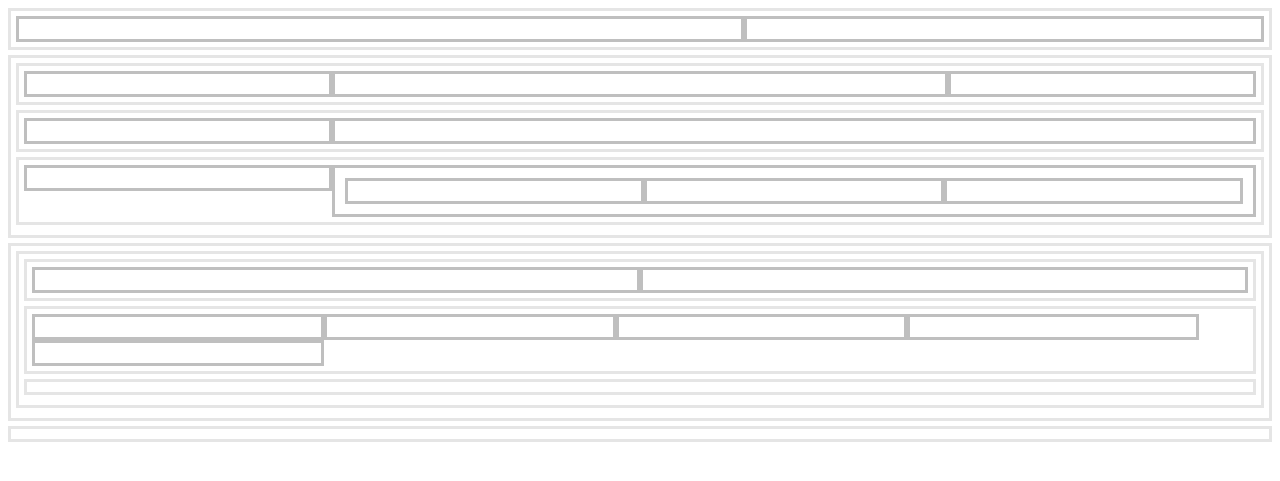
Repository: 0xbul1/biao-class-3
Page: practice/012-float-grid/index5.html
An editor plug-in stored every save of this project. The page is shown before and after the next save, followed by the edit.
The browser window is 1280 px wide. The pictures show the whole page.

Above is the page before, as saved 2018-10-03 18:53:35.

After the next save:
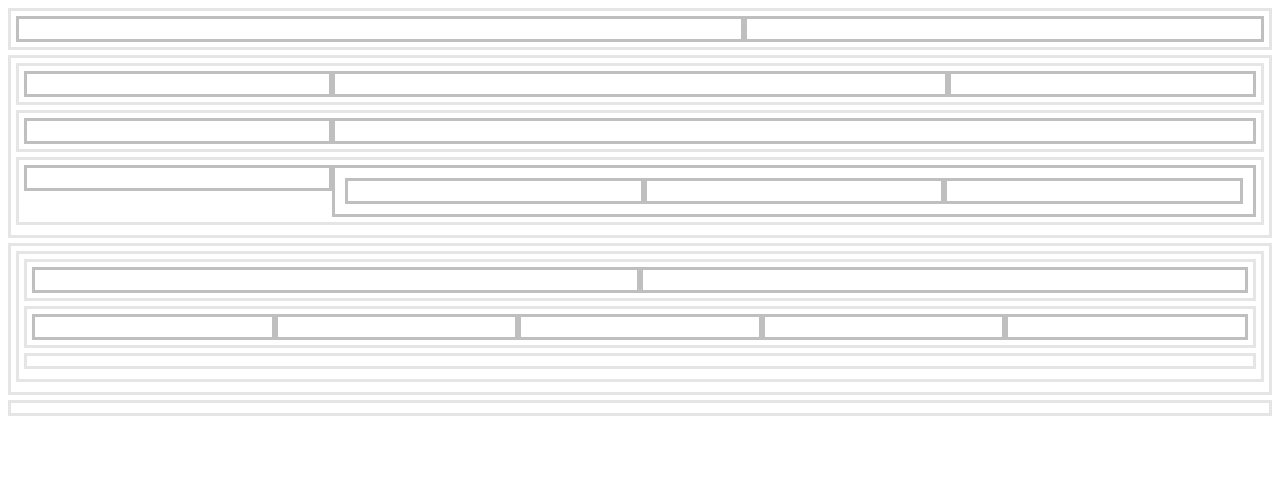
Saved 33 s later.
--- a/practice/012-float-grid/index5.html
+++ b/practice/012-float-grid/index5.html
@@ -20,7 +20,7 @@
         width: 16.666666666666666%;
     }
     .col-2-5 {
-        width: 24%
+        width: 20%
     }
     .col-3 {
         width: 25%;
